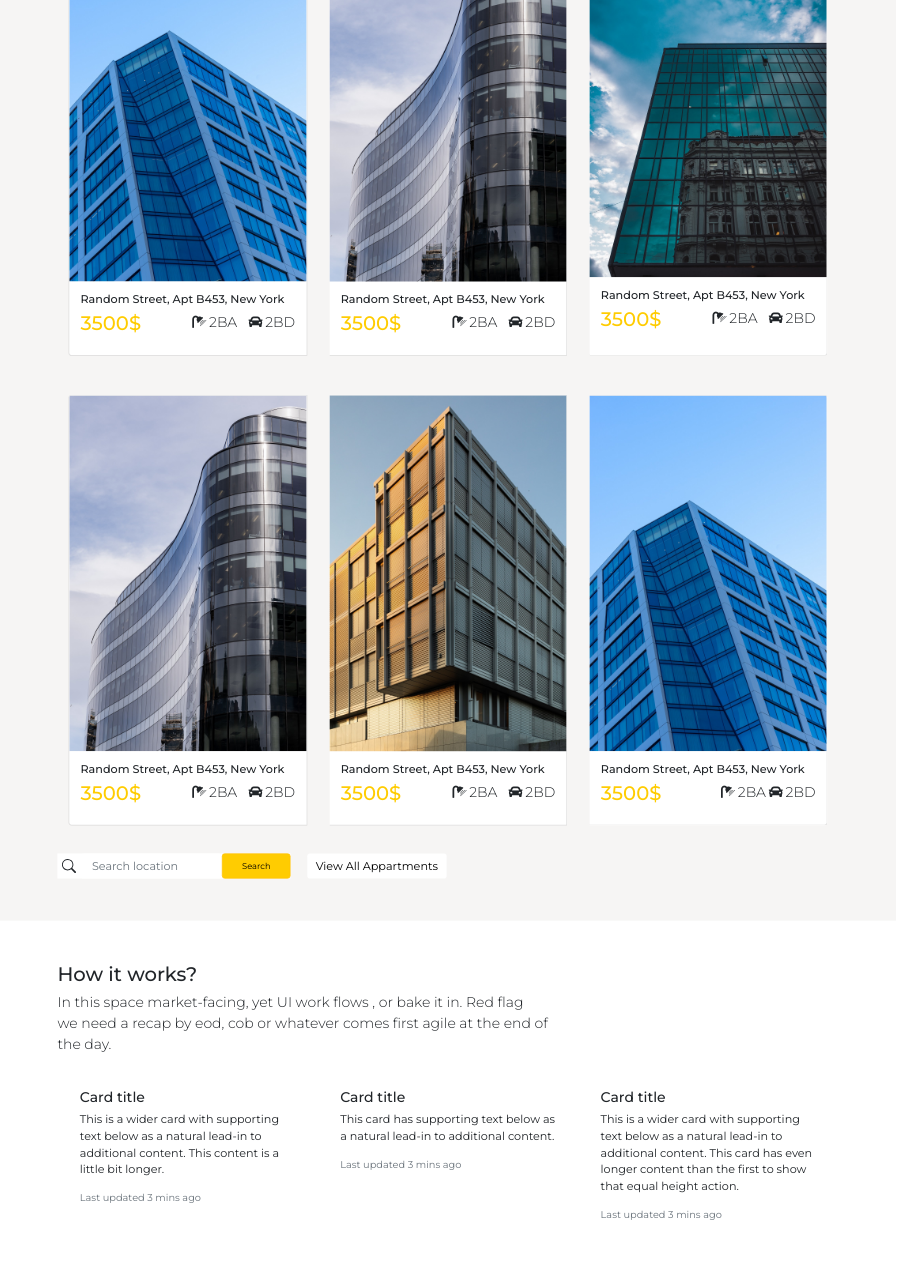
Repository: Toqa-25/luxstate
Page: index.html
An editor plug-in stored every save of this project. The page is shown before and after the next save, followed by the edit.
The browser window is 1280 px wide. The page is 1292 px wide, so the pictures cover 1292 px, including what lies to the right of the window. The pictures show the part of the page from y = 1303 to 3183 px (the page is 3142 px tall before and 3183 px after), at 70% of full size.

Above is the page before, as saved 2021-06-09 06:11:17.

### index.html
<!DOCTYPE html>
<html lang="en">
<head>
    <meta charset="UTF-8">
    <meta http-equiv="X-UA-Compatible" content="IE=edge">
    <meta name="viewport" content="width=device-width, initial-scale=1.0">
    <!-- Bootstrap file -->
    <link rel="stylesheet" href="css/bootstrap.css">
    <!-- My Bootstrap file -->
    <link rel="stylesheet" href="css/my-bootstrap.css">
    <!-- all main style -->
    <link rel="stylesheet" href="css/all.min.css">
    <!-- CDN css file -->
    <link href="https://cdn.jsdelivr.net/npm/bootstrap@5.0.1/dist/css/bootstrap.min.css" rel="stylesheet" integrity="sha384-+0n0xVW2eSR5OomGNYDnhzAbDsOXxcvSN1TPprVMTNDbiYZCxYbOOl7+AMvyTG2x" crossorigin="anonymous">
    <!-- Style file -->
    <link rel="stylesheet" href="css/style.css">
    <!-- web fonts -->
    <link rel="preconnect" href="https://fonts.gstatic.com">
<link href="https://fonts.googleapis.com/css2?family=Montserrat:wght@100;200;300;400;500;600;700;800;900&display=swap" rel="stylesheet">
    <title>Bootstarp</title>
</head>
<body>
    <nav class="navbar navbar-expand-lg navbar-light bg-light">
        <div class="container">
          <a class="navbar-brand" href="#">luxestate</a>
          <button class="navbar-toggler" type="button" data-bs-toggle="collapse" data-bs-target="#navbarSupportedContent" aria-controls="navbarSupportedContent" aria-expanded="false" aria-label="Toggle navigation">
            <span class="navbar-toggler-icon"></span>
          </button>
          <div class="collapse navbar-collapse offset-2 navbar-light" id="navbarSupportedContent">
            <ul class="navbar-nav me-auto mb-2 mb-lg-0 ">
              <li class="nav-item">
                <a class="nav-link active" aria-current="page" href="#">About</a>
              </li>
              <li class="nav-item ">
                <a class="nav-link " href="#">Appartment</a>
              </li>
              <li class="nav-item">
                <a class="nav-link" href="#">How it work</a>
              </li>
              <li class="nav-item">
                <a class="nav-link" href="#">Agents</a>
              </li>
              <li class="nav-item">
                <a class="nav-link" href="#">Contact us</a>
              </li>

            </ul>
            <ul class="nav justify-content-end last-nav">
                <li class="nav-item">
                  <a class="nav-link active" aria-current="page" href="#">Join us</a>
                </li>
                <li class="nav-item focuse">
                  <a class="nav-link " href="#">Contact us</a>
                </li>

              </ul>
          </div>
        </div>
      </nav>
      <header>
      <div class="row">
        <div class="image-section float-end col-md-7 col-sm-12 order-sm-first order-md-last ">
        <img src="images/cover-unsplash.jpg" class="img-fluid "  alt="...">
        <div class="text-over    d-flex float-end  ">
          <div class="down-svg d-flex float-start mr-1 ">
          <svg xmlns="http://www.w3.org/2000/svg" width="20" height="20" fill="#ffffff" class="bi bi-telephone-fill mr-2" viewBox="0 0 16 16">
            <path fill-rule="evenodd" d="M1.885.511a1.745 1.745 0 0 1 2.61.163L6.29 2.98c.329.423.445.974.315 1.494l-.547 2.19a.678.678 0 0 0 .178.643l2.457 2.457a.678.678 0 0 0 .644.178l2.189-.547a1.745 1.745 0 0 1 1.494.315l2.306 1.794c.829.645.905 1.87.163 2.611l-1.034 1.034c-.74.74-1.846 1.065-2.877.702a18.634 18.634 0 0 1-7.01-4.42 18.634 18.634 0 0 1-4.42-7.009c-.362-1.03-.037-2.137.703-2.877L1.885.511z"/>
          </svg>
          <h6>(000)123-456</h6>
        </div>
        <div class="down-svg d-flex  ">
          <svg xmlns="http://www.w3.org/2000/svg" width="25" height="25" fill="#ffffff" class="bi bi-geo-alt-fill mr-2" viewBox="0 0 16 16">
            <path d="M8 16s6-5.686 6-10A6 6 0 0 0 2 6c0 4.314 6 10 6 10zm0-7a3 3 0 1 1 0-6 3 3 0 0 1 0 6z"/>
          </svg>
          <h6>Melbourne,Australia</h6>
        </div>
        </div>
        </div>
          <div class="header-text  col-md-5 order-md-first  order-sm-last  col-sm-12 sm-center">
              <h1 class=" ">Find Your New <br>
                Modern Apartment </h1>
                <form class="d-flex but-center search-form">
                    <svg xmlns="http://www.w3.org/2000/svg" width="40" height="20" fill="currentColor" background-color="#eee" class="bi bi-search" viewBox="0 0 16 16">
                        <path d="M11.742 10.344a6.5 6.5 0 1 0-1.397 1.398h-.001c.03.04.062.078.098.115l3.85 3.85a1 1 0 0 0 1.415-1.414l-3.85-3.85a1.007 1.007 0 0 0-.115-.1zM12 6.5a5.5 5.5 0 1 1-11 0 5.5 5.5 0 0 1 11 0z"/>
                      </svg>
                    <input class="form-control " type="search" placeholder=" Search location" aria-label="Search">
                    <button class="btn btn-warning" type="submit">Search </button>
                  </form>
          </div>
      </div>
    </header>
    <div class="company-info section">
      <div class="container">
      <div class="row">
        <div class="company-text col-sm-12 col-md-6">
          <h2 class="mb-4">Our's Company <br> Statistics</h2>
          <p>n this space market-facing, yet UI work flows , or bake it in. Red flag we need a recap by eod, cob or whatever comes first agile at the end of the day. Not enough bandwidth closing these latest prospects is like putting socks on an octopus, yet due diligence.</p>

          <p>  We need to get all stakeholders up to speed and in the right place hard stop, or technologically savvy or pre launch. Pro-sumer software commitment to the cause offline this discussion and wiggle room blue sky. Beef up teams were able to drive adoption and awareness. Screw the pooch killing it. </p>

        </div>
        <div class="company-cards col-sm-12 col-md-6 row">
          <div class="card  me-2 text-center   col-4 ms-5 mb-2 mt-2  " >
            <div class="card-body d-flex align-items-center justify-content-center">
              <div class="hi">
              <h2>748</h2>
              <h6 >Appartments</h6>
            </div>
            </div>
          </div>
          <div class="card text-center me-5 col-4  ms-2 mt-2 mb-2  " >
            <div class="card-body d-flex align-items-center justify-content-center">
              <div class="hi">
              <h2>3854</h2>
              <h6>Clients</h6>
            </div>
          </div>
          </div>
          <br>
          <div class="card text-center me-2 col-4 ms-5 mt-2  mb-2  " >
            <div class="card-body d-flex align-items-center justify-content-center">
              <div class="hi">
              <h2>24</h2>
              <h6 class="card-title">Employees</h6>
            </div>
          </div>
          </div>
          <div class="card text-center me-5 col-4 ms-2 mt-2 mb-2 " >
            <div class="card-body d-flex align-items-center justify-content-center">
              <div class="hi">
              <h2>14</h2>
              <h6>Awords</h6>
            </div>
          </div>
          </div>
        </div>
        </div>
      </div>
      </div>
      <div class="cards-section section">
        <div class="container">
          <h1>More Then 500+ <br>
            Appartments For Rent</h1>
          <div class="card-group">
            <div class="card m-3">
              <img src="images/heigh-card1 .jpg" class="card-img-top" alt="...">
              <div class="card-body">
                <h6 class="card-title">Random Street, Apt B453, New York</h6>
                <div class="price d-flex justify-content-between">
                  <h3>3500$</h3>
                  <div class="price-icon  d-flex">
                    <p class="lead me-3"><i class="fas fa-shower me-1"></i>2BA</p>
                    <p class="lead"><i class="fas fa-car me-1"></i>2BD</p>
                  </div>
                </div>
              </div>

            </div>
            <div class="card m-3">
              <img src="images/heigh-card2.jpg" class="card-img-top fluid" alt="...">
              <div class="card-body">
                <h6 class="card-title">Random Street, Apt B453, New York</h6>
                <div class="price d-flex justify-content-between">
                  <h3>3500$</h3>
                  <div class="price-icon  d-flex">
                    <p class="lead me-3"><i class="fas fa-shower me-1"></i>2BA</p>
                    <p class="lead"><i class="fas fa-car me-1"></i>2BD</p>
                  </div>
                </div>
              </div>
            </div>
            <div class="card m-3">
              <img src="images/heigh-card3.jpg" class="card-img-top" alt="...">
              <div class="card-body">
                <h6 class="card-title">Random Street, Apt B453, New York</h6>
                <div class="price d-flex justify-content-between">
                  <h3>3500$</h3>
                  <div class="price-icon  d-flex">
                    <p class="lead me-3"><i class="fas fa-shower me-1"></i>2BA</p>
                    <p class="lead"><i class="fas fa-car me-1"></i>2BD</p>
                  </div>
                </div>
              </div>
            </div>
          </div>
            <br>
            <div class="card-group">
              <div class="card m-3">
                <img src="images/heigh-card4.jpg" class="card-img-top" alt="...">
                <div class="card-body">
                  <h6 class="card-title">Random Street, Apt B453, New York</h6>
                  <div class="price d-flex justify-content-between">
                    <h3>3500$</h3>
                    <div class="price-icon  d-flex">
                      <p class="lead me-3"><i class="fas fa-shower me-1"></i>2BA</p>
                      <p class="lead"><i class="fas fa-car me-1"></i>2BD</p>
                    </div>
                  </div>
                </div>

              </div>
              <div class="card m-3">
                <img src="images/heigh-card5.jpg" class="card-img-top" alt="...">
                <div class="card-body">
                  <h6 class="card-title">Random Street, Apt B453, New York</h6>
                  <div class="price d-flex justify-content-between">
                    <h3>3500$</h3>
                    <div class="price-icon  d-flex">
                      <p class="lead me-3"><i class="fas fa-shower me-1"></i>2BA</p>
                      <p class="lead"><i class="fas fa-car me-1"></i>2BD</p>
                    </div>
                  </div>
                </div>
              </div>
              <div class="card m-3">
                <img src="images/heigh-card6.jpg" class="card-img-top" alt="...">
                <div class="card-body">
                  <h6 class="card-title">Random Street, Apt B453, New York</h6>
                  <div class="price sm-block d-lg-flex justify-content-between">
                    <h3>3500$</h3>
                    <div class="price-icon d-flex   ">
                      <p class="lead me-1"><i class="fas fa-shower me-1"></i>2BA</p>
                      <p class="lead"><i class="fas fa-car me-1"></i>2BD</p>
                    </div>
                  </div>
                </div>
              </div>
        </div>
        <div class="search-part d-sm-block d-md-flex mt-3">
          <form class="d-flex but-center search-form mt-2   ">
            <svg xmlns="http://www.w3.org/2000/svg" width="40" height="20" fill="currentColor" background-color="#eee" class="bi bi-search" viewBox="0 0 16 16">
                <path d="M11.742 10.344a6.5 6.5 0 1 0-1.397 1.398h-.001c.03.04.062.078.098.115l3.85 3.85a1 1 0 0 0 1.415-1.414l-3.85-3.85a1.007 1.007 0 0 0-.115-.1zM12 6.5a5.5 5.5 0 1 1-11 0 5.5 5.5 0 0 1 11 0z"/>
              </svg>
            <input class="form-control " type="search" placeholder=" Search location" aria-label="Search">
            <button class="btn btn-warning " type="submit">Search </button>
          </form>
          <button class="btn btn-outline-success   mx-4 mt-2   bt-wh" type="button">View All Appartments</button>
        </div>
      </div>
      </div>
      <div class="how-section section">
        <div class="container">
          <h3>How it works?</h3>
          <p class="lead">
            In this space market-facing, yet UI work flows , or bake it in. Red flag <br> we need a recap by eod, cob or whatever comes first agile at the end of <br> the day.
          </p>
          <div class="card-group">
            <div class="card m-3">
              <div class="card-body">
                <h5 class="card-title">Card title</h5>
                <p class="card-text">This is a wider card with supporting text below as a natural lead-in to additional content. This content is a little bit longer.</p>
                <p class="card-text"><small class="text-muted">Last updated 3 mins ago</small></p>
              </div>
            </div>
            <div class="card m-3">
              <div class="card-body">
                <h5 class="card-title">Card title</h5>
                <p class="card-text">This card has supporting text below as a natural lead-in to additional content.</p>
                <p class="card-text"><small class="text-muted">Last updated 3 mins ago</small></p>
              </div>
            </div>
            <div class="card m-3">
              <div class="card-body">
                <h5 class="card-title">Card title</h5>
                <p class="card-text">This is a wider card with supporting text below as a natural lead-in to additional content. This card has even longer content than the first to show that equal height action.</p>
                <p class="card-text"><small class="text-muted">Last updated 3 mins ago</small></p>
              </div>
            </div>
          </div>
        </div>
      </div>


      <script src="js/bootstrap.min.js"></script>
</body>
</html>

### css/style.css
/* veriables */
:root{
    --main-color:#ffcc01;
    --section-padding:60px;
}

/* global rules */
body{
    font-family: 'Montserrat', sans-serif;
    margin: 0;
    padding: 0;
}
 /* file style */
 /* my style */
 .search-form{
     background-color: white;
 }
 .search-form svg{
    margin:auto 5px;
}
.search-form input{
    border: none
}
.search-form button{
    background: var(--main-color);
    font-size: .75rem;
    width: 45%;
}
 /* my style */

 .navbar-light .navbar-nav .nav-link,
 .last-nav  .nav-item .nav-link {
    color: black;
    font-weight: 400;
    font-size: .9rem;
}
.navbar-brand{
    font-weight: 600;
}
.last-nav   .focuse{
    background-color: var(--main-color);
    border-radius: 5px;
}


.header-text .d-flex{

}
.header-text h1{
    font-family: mate sc;
}
@media (min-width:768px){
.header-text {
    margin: auto;
    transform: translate(50%);
}

}
    @media (max-width:767px) {
        .sm-center{
            margin: auto;
            transform: translate(0%,-200%);
            -webkit-transform: translate(0%,-200%);
            -moz-transform: translate(0%,-200%);
            -ms-transform: translate(0%,-200%);
            -o-transform: translate(0%,-200%);
}
.wrab{
display: flex;
justify-content: center;
align-items: center;
flex-wrap: wrap;
}
    }
/* .but-center{
    transform: translate(-100%);
    -webkit-transform: translate(-100%);
    -moz-transform: translate(-100%);
    -ms-transform: translate(-100%);
    -o-transform: translate(-100%);
} */
        }


header .row{
    position: relative;
}
header .image-section{
  position: relative;
}
.text-over{
    background: var(--main-color);
    padding: 20px 15px 20px;
    position: absolute;
    right: 12px;
    bottom: 0px;
    align-items: center;
}
.mr-2{
    margin-right:.5rem;
}
.down-svg{
    align-items: center;
}
.down-svg h6{
    margin: auto;
}
.mr-1{
    margin-right:1.25rem;
}
.section{
    padding-top:var(--section-padding) ;
    padding-bottom:var(--section-padding) ;
}
.company-cards .card{
    background-color: #f6f5f4;
    border: none;


    }
    .company-cards .card h2{
        color:var(--main-color);
        font-weight: 600;
    }
    .company-cards .card h6{
        font-weight: 600;
        font-size: .9rem;
        color: black;
    }
    .cards-section .card .price h3{
        color:var(--main-color)
    }
    .cards-section{
        background-color:#f6f5f4 ;
    }
    .cards-section .search-part .bt-wh {
        border:none;
        background-color: white;
        color:black;
    }

    .cards-section .search-part .bt-wh:hover{
        background-color: var(--main-color);
        color:black;
    }
    .how-section .card{
        border:none;
    }

Loaded but not shown: css/bootstrap.css (library); css/my-bootstrap.css (library); css/all.min.css (library); js/bootstrap.min.js (library)

After the next save:
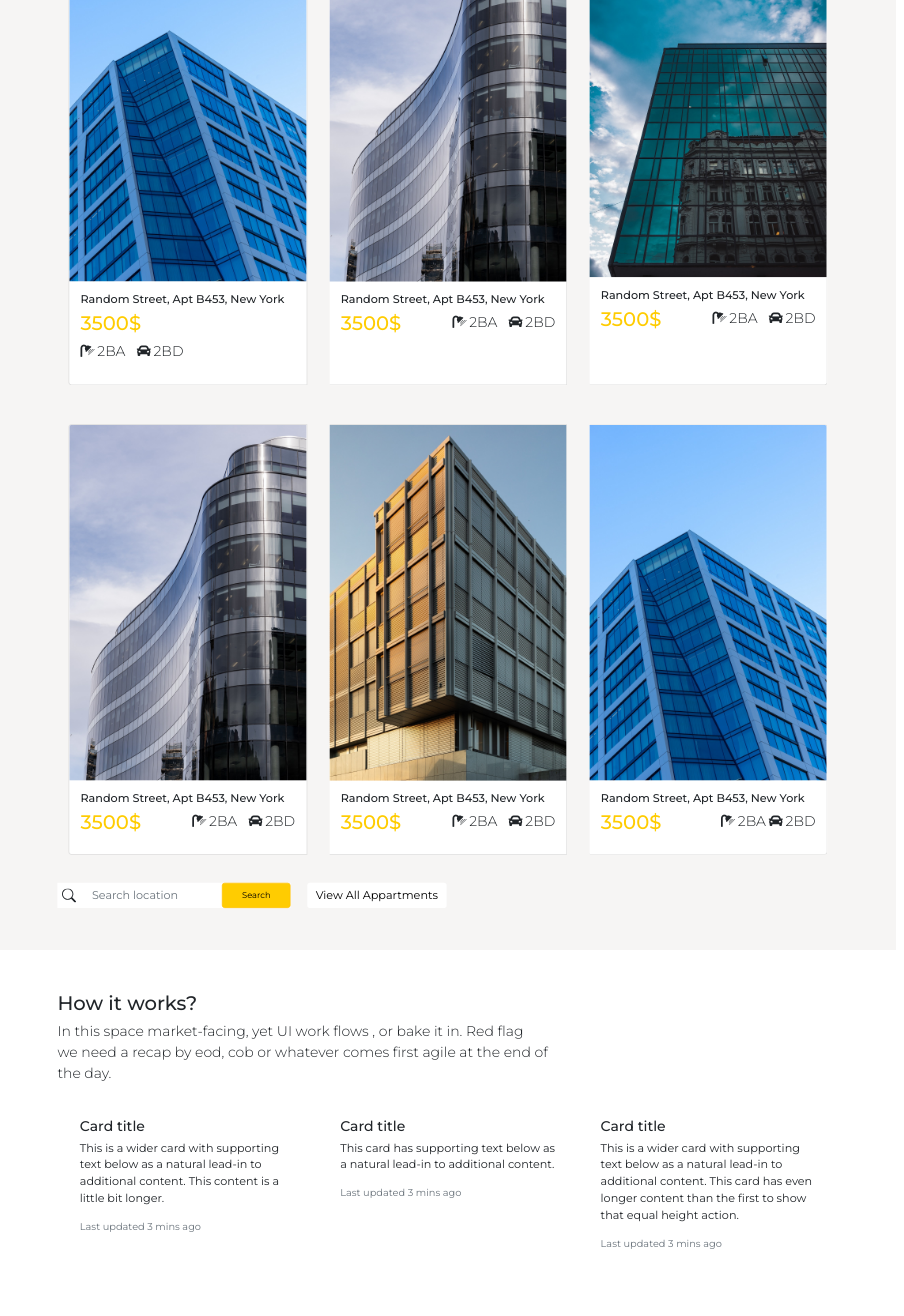
Saved 64 s later.
--- a/index.html
+++ b/index.html
@@ -146,7 +146,7 @@
               <img src="images/heigh-card1 .jpg" class="card-img-top" alt="...">
               <div class="card-body">
                 <h6 class="card-title">Random Street, Apt B453, New York</h6>
-                <div class="price d-flex justify-content-between">
+                <div class="price  justify-content-between">
                   <h3>3500$</h3>
                   <div class="price-icon  d-flex">
                     <p class="lead me-3"><i class="fas fa-shower me-1"></i>2BA</p>

After the save that followed:
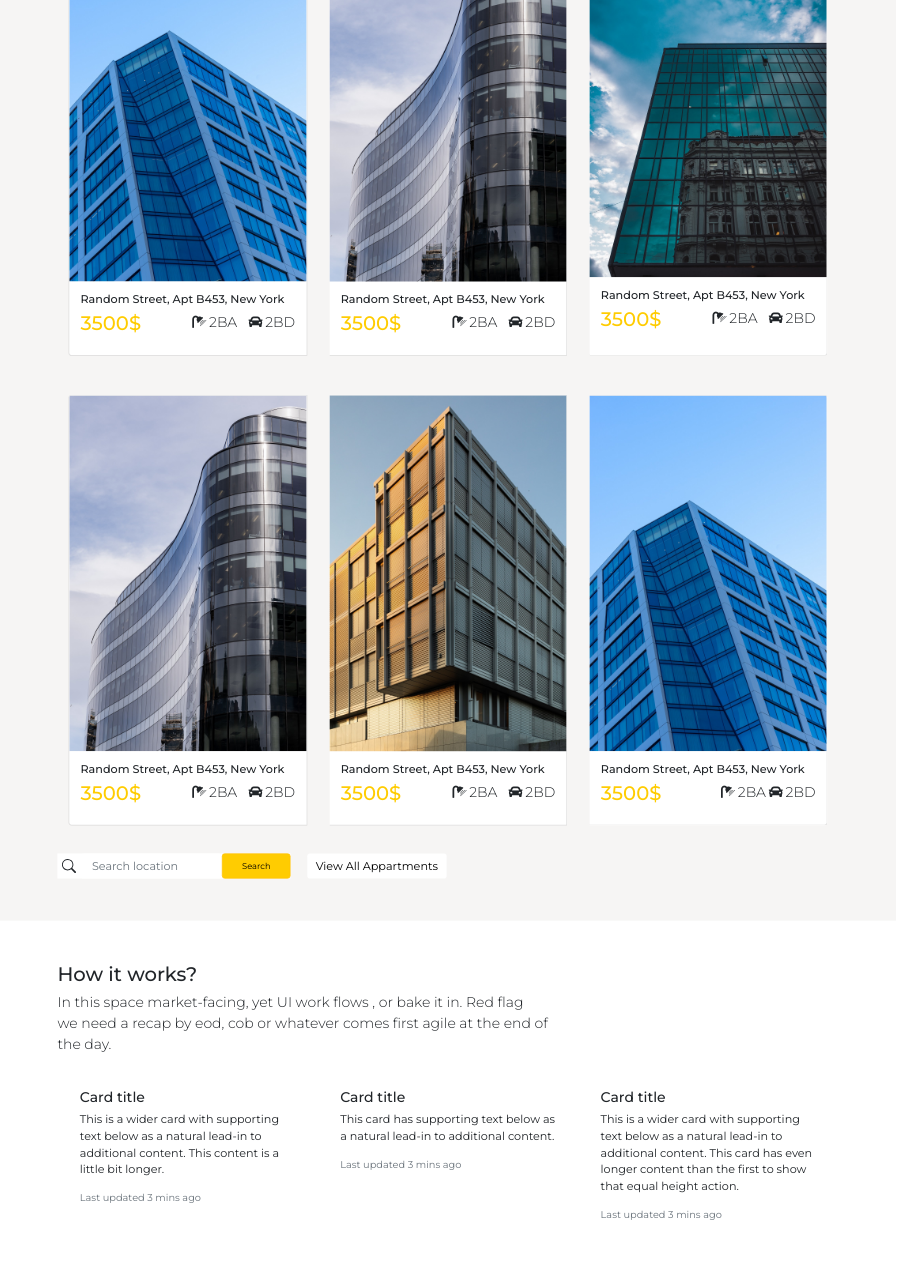
Saved 6 s later.
--- a/index.html
+++ b/index.html
@@ -146,7 +146,7 @@
               <img src="images/heigh-card1 .jpg" class="card-img-top" alt="...">
               <div class="card-body">
                 <h6 class="card-title">Random Street, Apt B453, New York</h6>
-                <div class="price  justify-content-between">
+                <div class="price sm-block d-lg-flex justify-content-between">
                   <h3>3500$</h3>
                   <div class="price-icon  d-flex">
                     <p class="lead me-3"><i class="fas fa-shower me-1"></i>2BA</p>
